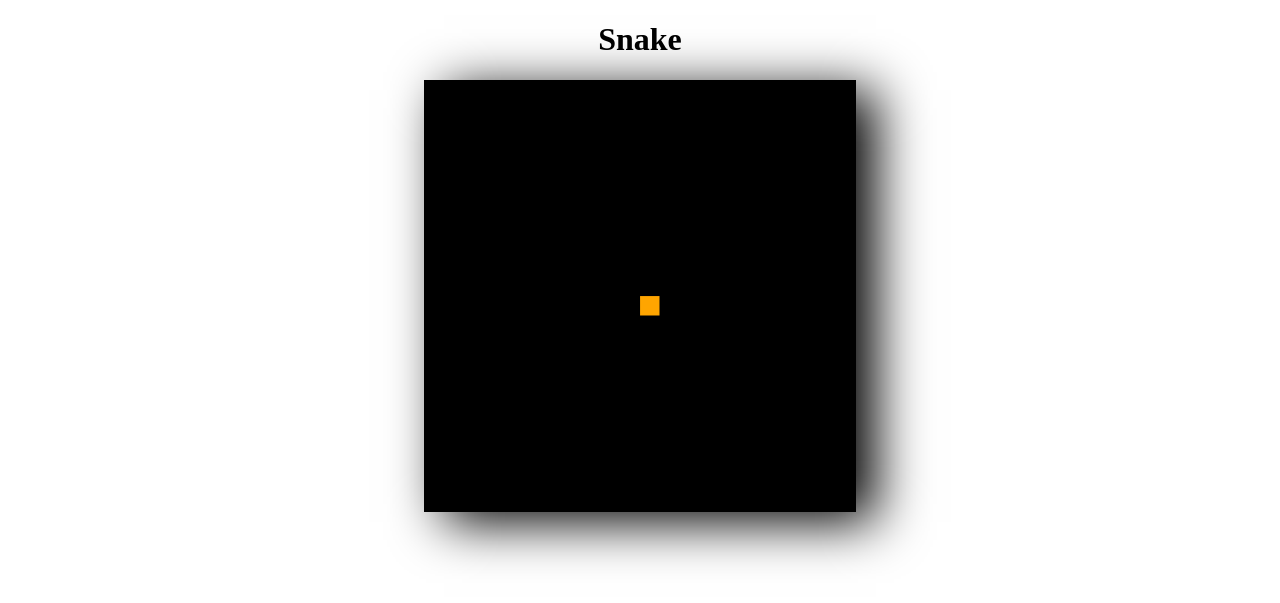
Repository: Ellisvelandia/snake
Page: index.html
These files come from the project's save history. The page is drawn as it stood at one moment and after a run of saves; the edit follows.
The browser window is 1280 px wide. The pictures show the whole page.

Above is the page before, as saved 2022-08-26 23:19:23.

### index.html
<!DOCTYPE html>
<html lang="en">
<head>
  <meta charset="UTF-8">
  <meta http-equiv="X-UA-Compatible" content="IE=edge">
  <meta name="viewport" content="width=device-width, initial-scale=1.0">
  <link rel="stylesheet" href="style.css">
  <style>
   body {
  margin: 0;
  padding: 0;
  display: flex;
  flex-direction: column;
  justify-content: center;
  align-items: center;
}

canvas {
  box-shadow: #000 20px 10px 50px;
  max-width:  80vw;
  height: 60vh;
}

  </style>
  <title>Snake</title>
</head>
<body>

  <h1>Snake</h1>

  <canvas id="game" width="400" height="400"></canvas>
  <script src="index.js"></script>
</body>
</html>

### index.js
const canvas = document.getElementById("game");
const ctx = canvas.getContext("2d");

let speed = 7;

let tileCount = 20;
let tileSize = canvas.width / tileCount - 2;
let headX = 10;
let headY = 10;

let xVelocity=0;
let yVelocity=0;

// game  loop

function drawGame() {
  clearScreen();
  drawSnake();
  setTimeout(drawGame, 1000 / speed);
}

function clearScreen() {
  ctx.fillStyle = "#000";
  ctx.fillRect(0,0, canvas.width, canvas.height);
}

function drawSnake() {
  ctx.fillStyle = "#ffa500	"
  ctx.fillRect(headX * tileCount, headY* tileCount, tileSize,tileSize);
}

drawGame();

Loaded but not shown: style.css (no stored copy; drawn as an empty file)

After the next 5 saves:
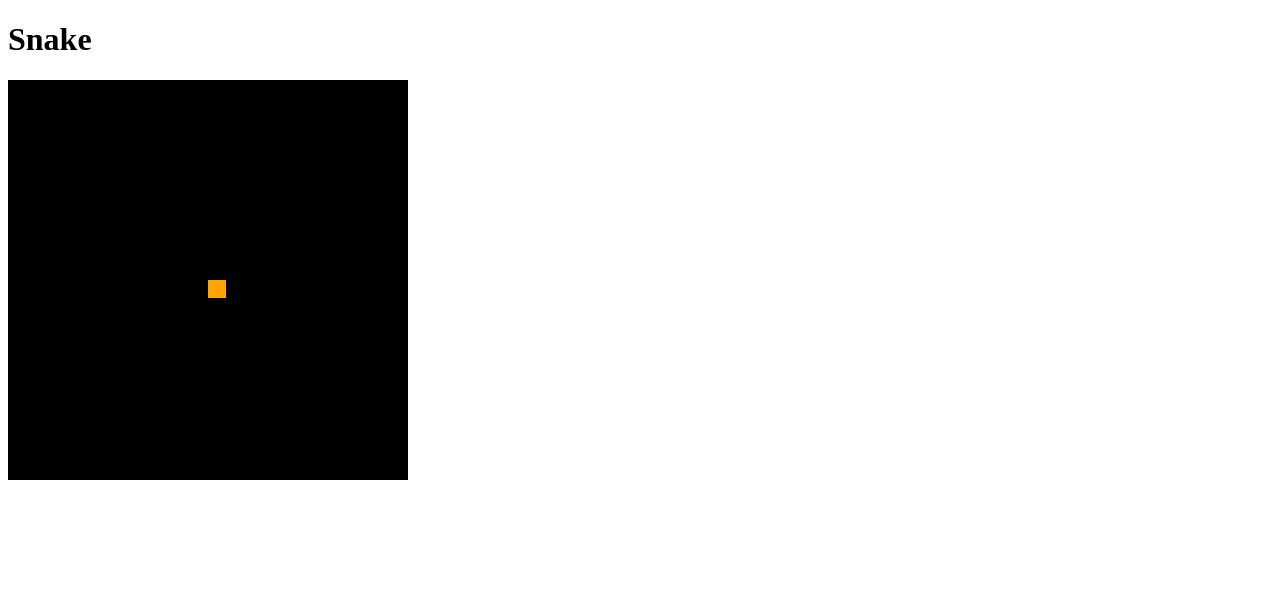
The 5 saves are shown as one change because they came seconds apart.
The last was saved 27 s later.
--- a/index.html
+++ b/index.html
@@ -5,23 +5,7 @@
   <meta http-equiv="X-UA-Compatible" content="IE=edge">
   <meta name="viewport" content="width=device-width, initial-scale=1.0">
   <link rel="stylesheet" href="style.css">
-  <style>
-   body {
-  margin: 0;
-  padding: 0;
-  display: flex;
-  flex-direction: column;
-  justify-content: center;
-  align-items: center;
-}
 
-canvas {
-  box-shadow: #000 20px 10px 50px;
-  max-width:  80vw;
-  height: 60vh;
-}
-
-  </style>
   <title>Snake</title>
 </head>
 <body>
